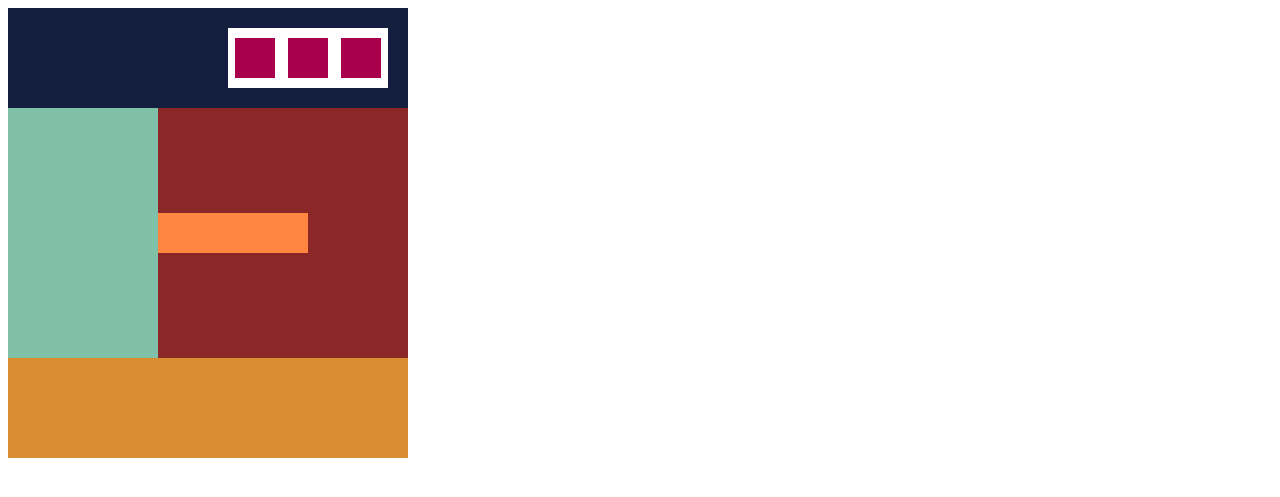
Repository: natuki-i/curriculum
Page: http://localhost/
An editor plug-in stored every save of this project. The page is shown before and after the next save, followed by the edit.
The browser window is 1280 px wide. The pictures show the whole page.
The page is run by PHP 8.4 with error messages shown; the project is at /var/www/html/.

Above is the page before, as saved 2022-11-26 21:26:33.

After the next save:
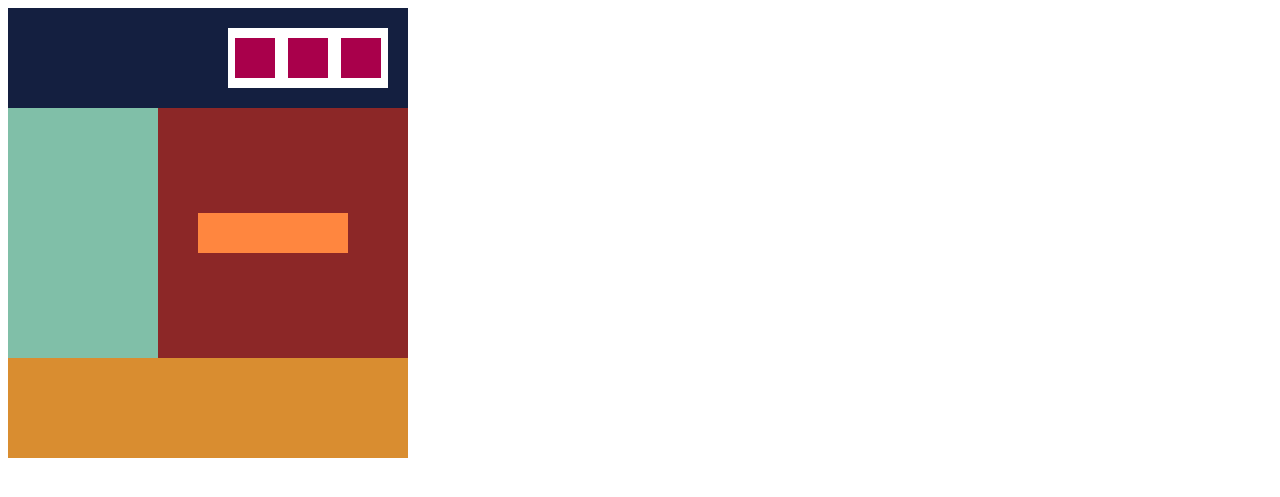
Saved 14 s later.
--- a/PHPjob/1/css/style.css
+++ b/PHPjob/1/css/style.css
@@ -45,7 +45,7 @@
 .mr-boxs {
     width: 150px;
     height: 170px;
-    margin-left: 40px 6px 40px 40px;
+    margin: 40px 60px 40px 40px;
     background-color: #8c2727;
     display: flex;
     align-items: center;
